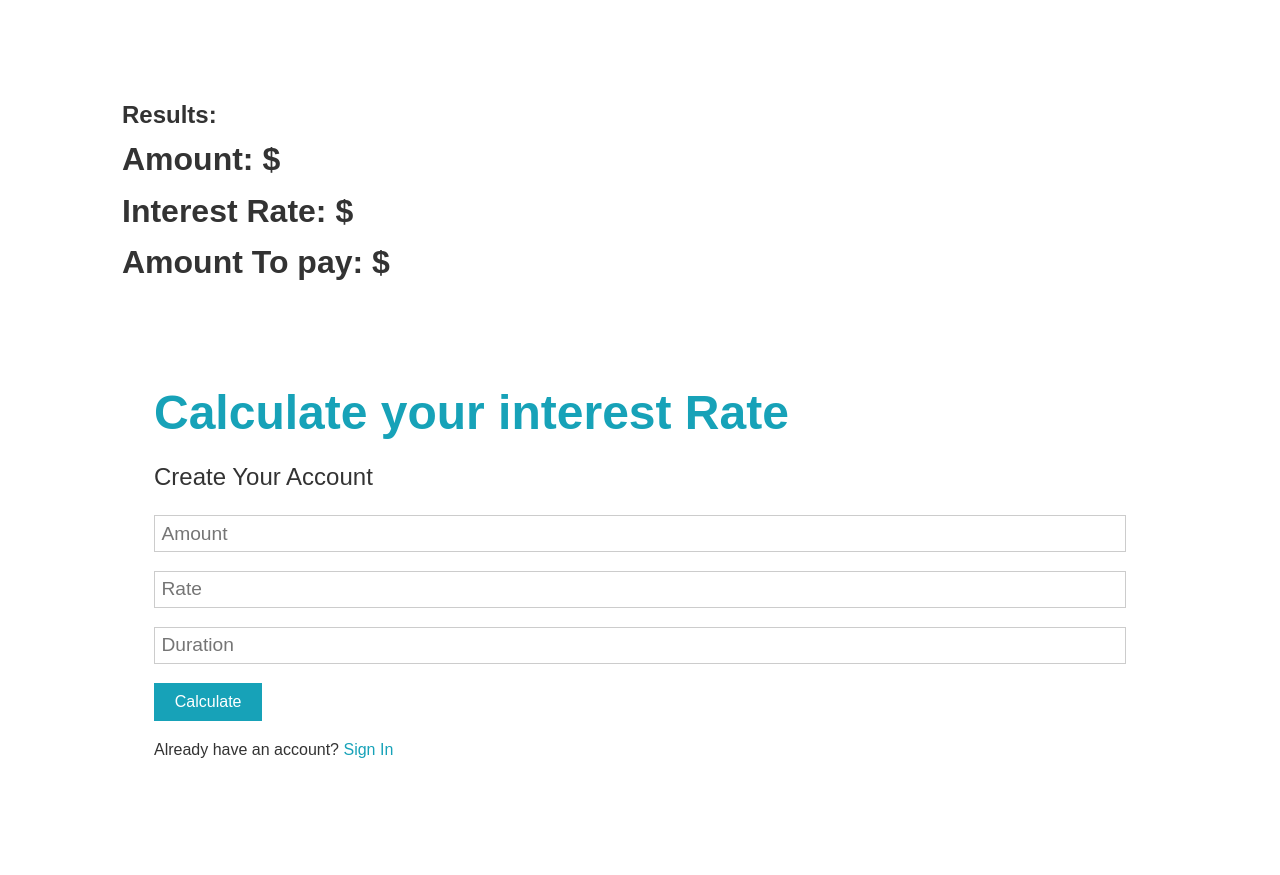
Repository: codding-ideas/loan-calculator
Page: / (app in client/)
An editor plug-in stored every save of this project. The page is shown before and after the next save, followed by the edit.
The browser window is 1280 px wide. The pictures show the whole page.
The project was rebuilt for these pictures with package versions that can differ from the ones it lists, and the page was loaded fresh each time.

Above is the page before, as saved 2019-07-09 09:25:51.

After the next save:
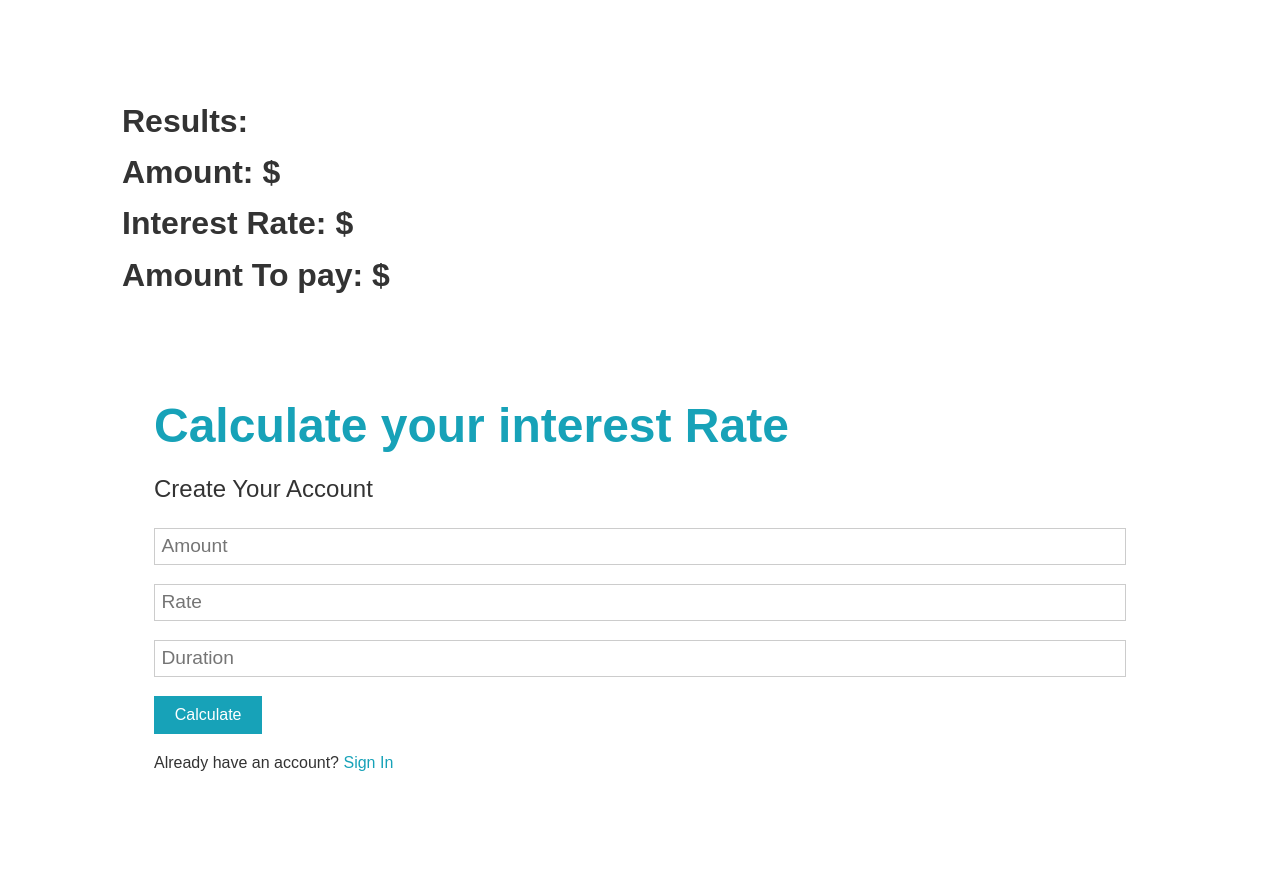
Saved 12 s later.
--- a/client/src/componets/Results.js
+++ b/client/src/componets/Results.js
@@ -5,7 +5,7 @@ const Results = (props) => {
     console.log(props.loan.amount)
     return (
         <div>
-            <h2>Results:</h2>
+            <h1>Results:</h1>
             <h1>Amount: $ {props.loan.amount}</h1>
             <h1>Interest Rate: ${props.loan.interestRate}</h1>
             <h1>Amount To pay: ${props.loan. amountToPay}</h1>
